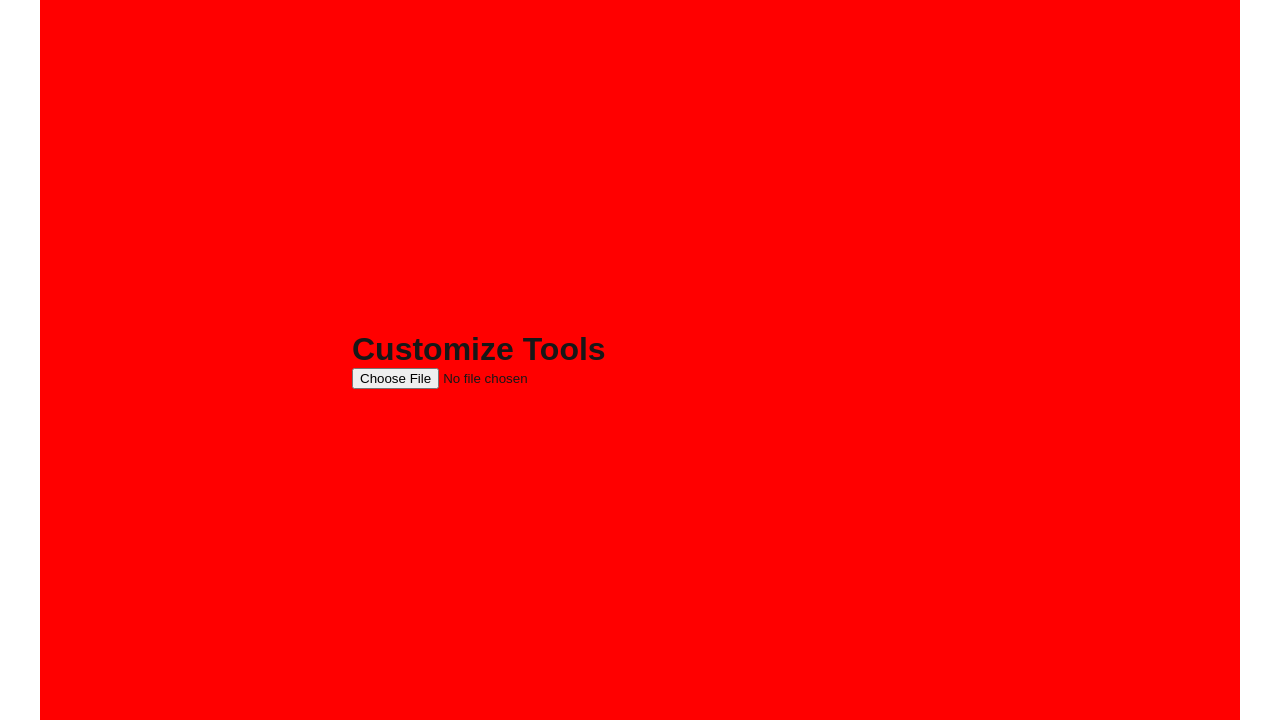
Repository: Sumaiya43/medna-tools
Page: /
These files come from the project's save history. The page is drawn as it stood at one moment and after the next save; the edit follows.
The browser window is 1280 px wide. The pictures show the whole page.
The project was rebuilt for these pictures with package versions that can differ from the ones it lists, and the page was loaded fresh each time. The framework's server and built-in components were replaced by stand-ins that run in the browser. Also part of the build but not shown: next.config.mjs.

Above is the page before, as saved 2026-02-26 02:44:22.

After the next save:
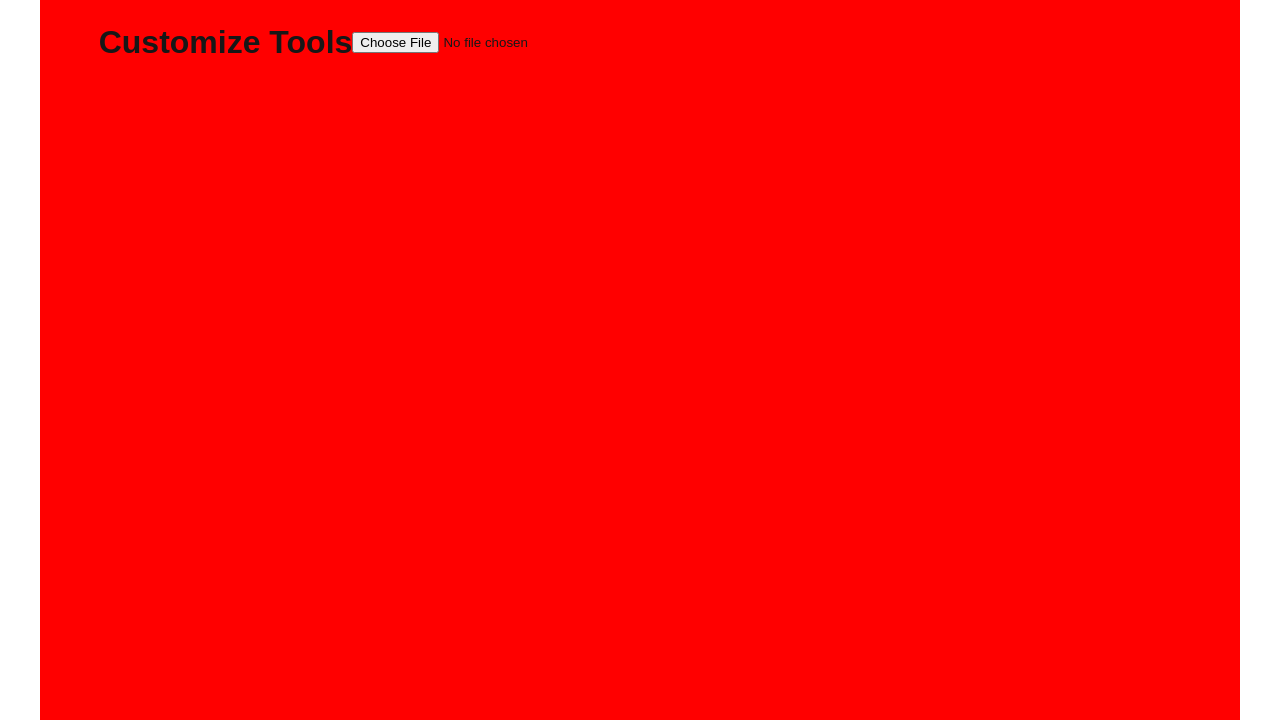
Saved 29 s later.
--- a/src/app/page.module.css
+++ b/src/app/page.module.css
@@ -5,11 +5,11 @@
   padding: 24px;
   font-family: Arial, sans-serif;
   background: red;
+}
+
+.main {
+  width: 50%;
   display: flex;
   justify-content: center;
   align-items: center;
 }
-
-.main {
-  width: 50%;
-}
